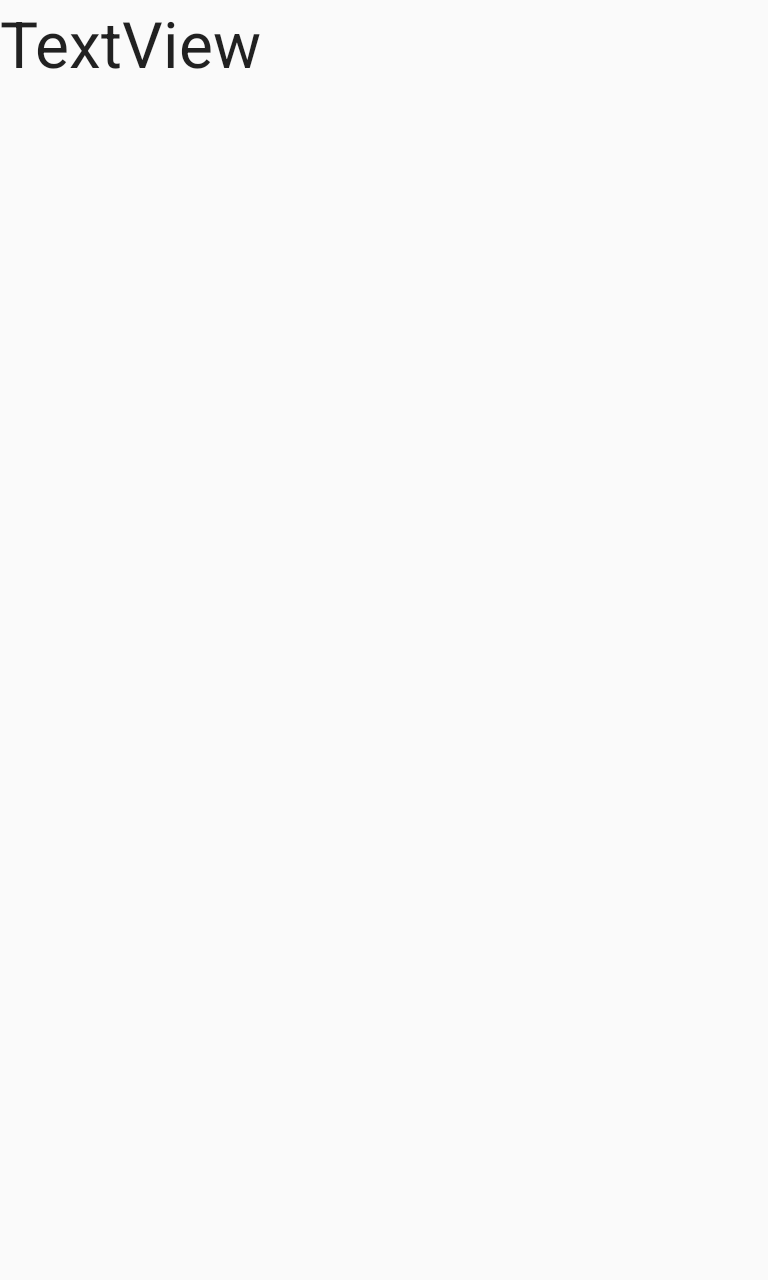
Repository: cjsatuforc/Bobina
Layout: source/android/Bobina/res/layout/main_layout.xml
The author's editor kept a copy of each file at every save. The layout is drawn from the files as they stood at one save, then again after the next save.
It is drawn on a 768 x 1280 px phone screen (xhdpi) without system bars, with theme AppTheme; the app's code is not run. The app's manifest (not shown) leaves right-to-left support off. So textAlignment, textDirection and layoutDirection are ignored, and left and right values win over start and end ones.

Above is the layout before, as saved 2015-04-25 23:11:23.

### source/android/Bobina/res/layout/main_layout.xml
<?xml version="1.0" encoding="utf-8"?>
<RelativeLayout xmlns:android="http://schemas.android.com/apk/res/android"
    android:layout_width="match_parent"
    android:layout_height="match_parent" >

    <TextView
        android:id="@+id/textView1"
        style="@style/AppTitle"
        android:layout_width="wrap_content"
        android:layout_height="wrap_content"
        android:layout_alignParentLeft="true"
        android:layout_alignParentRight="true"
        android:text="TextView" />

</RelativeLayout>

### source/android/Bobina/res/values-v11/styles.xml
<resources xmlns:android="http://schemas.android.com/apk/res/android">

    <!--
        Base application theme for API 11+. This theme completely replaces
        AppBaseTheme from res/values/styles.xml on API 11+ devices.
    -->
    <style name="AppBaseTheme" parent="Theme.AppCompat.Light">
        <!-- API 11 theme customizations can go here. -->
    </style>

    <!-- Titles of project -->
    <style name="AppTitle" parent="AppBaseTheme">
        <item name="android:textSize">32sp</item>
        <item name="android:textAlignment">center|center</item>
    </style>

</resources>

Loaded but not shown: source/android/Bobina/res/values/styles.xml (common file); source/android/Bobina/res/values-v14/styles.xml (common file)

After the next save:
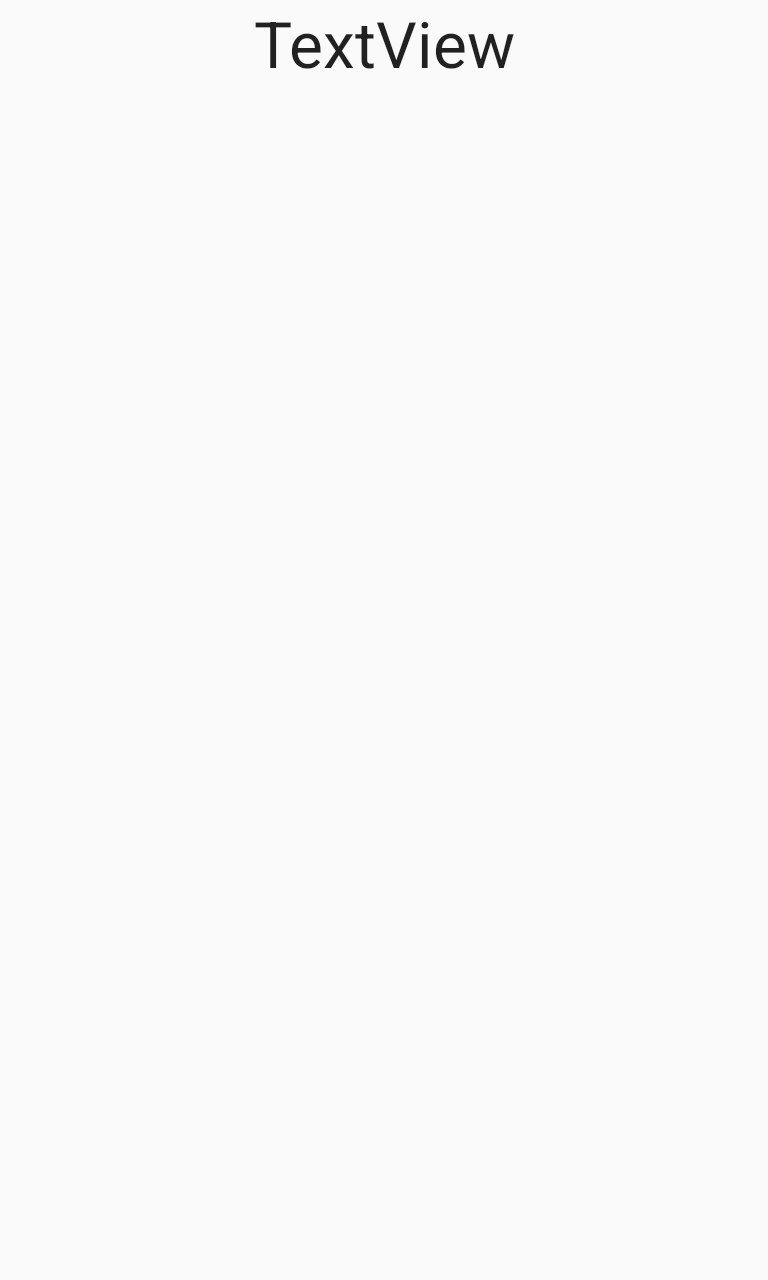
Saved 38 s later.
--- a/source/android/Bobina/res/values-v11/styles.xml
+++ b/source/android/Bobina/res/values-v11/styles.xml
@@ -12,6 +12,7 @@
     <style name="AppTitle" parent="AppBaseTheme">
         <item name="android:textSize">32sp</item>
         <item name="android:textAlignment">center|center</item>
+        <item name="android:gravity">center</item>
     </style>
 
 </resources>
